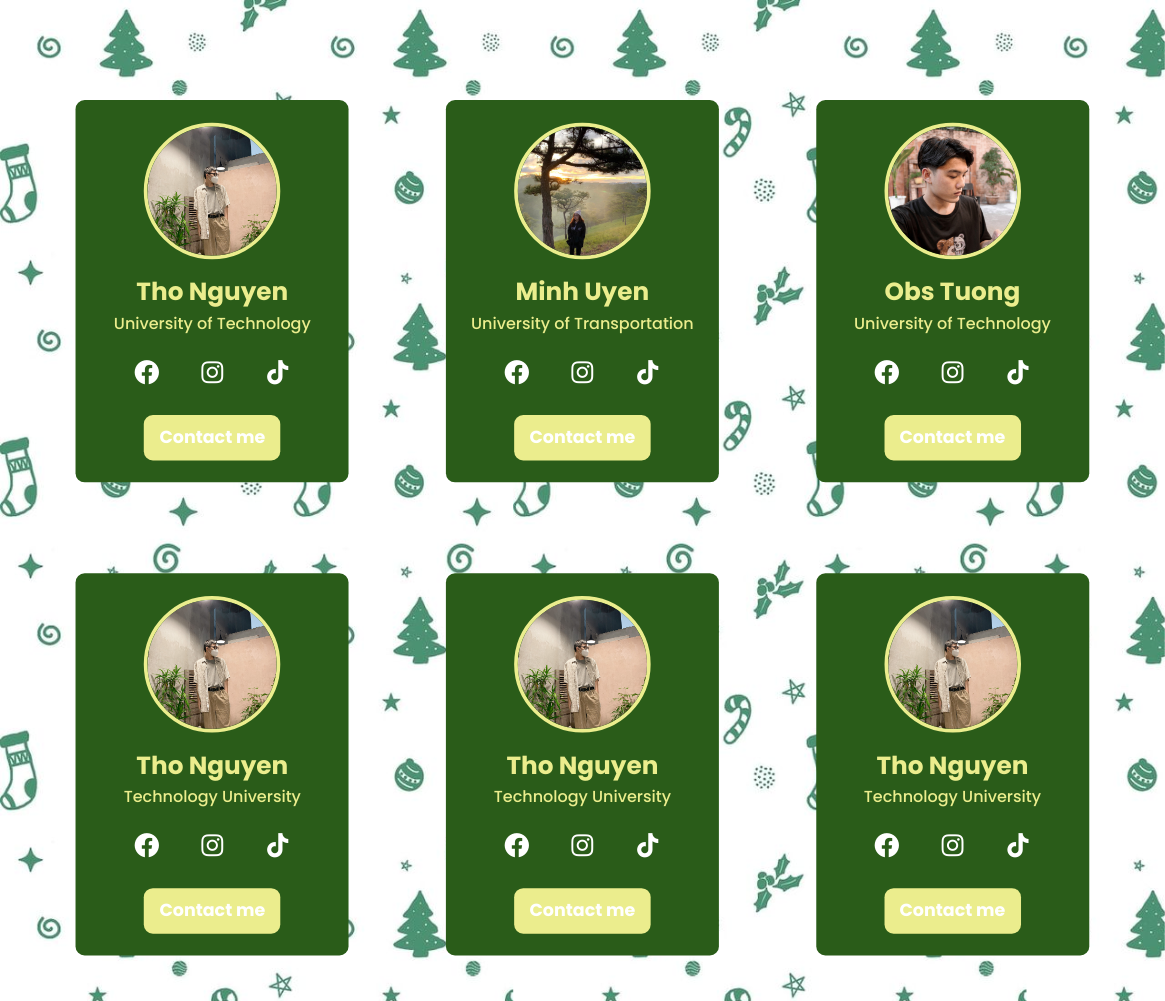
Repository: lausamtuong/profileCard
Page: index.html
The author's editor kept a copy of each file at every save. The page is drawn from the files as they stood at one save, then again after a run of saves.
The browser window is 1280 px wide. The pictures show the whole page, at 91% of full size.
The style sheet was rebuilt from its Sass, Less or Tailwind sources for each picture, by a compiler version that may differ from the author's.

Above is the page before, as saved 2021-12-14 18:44:30.

After the next 2 saves:
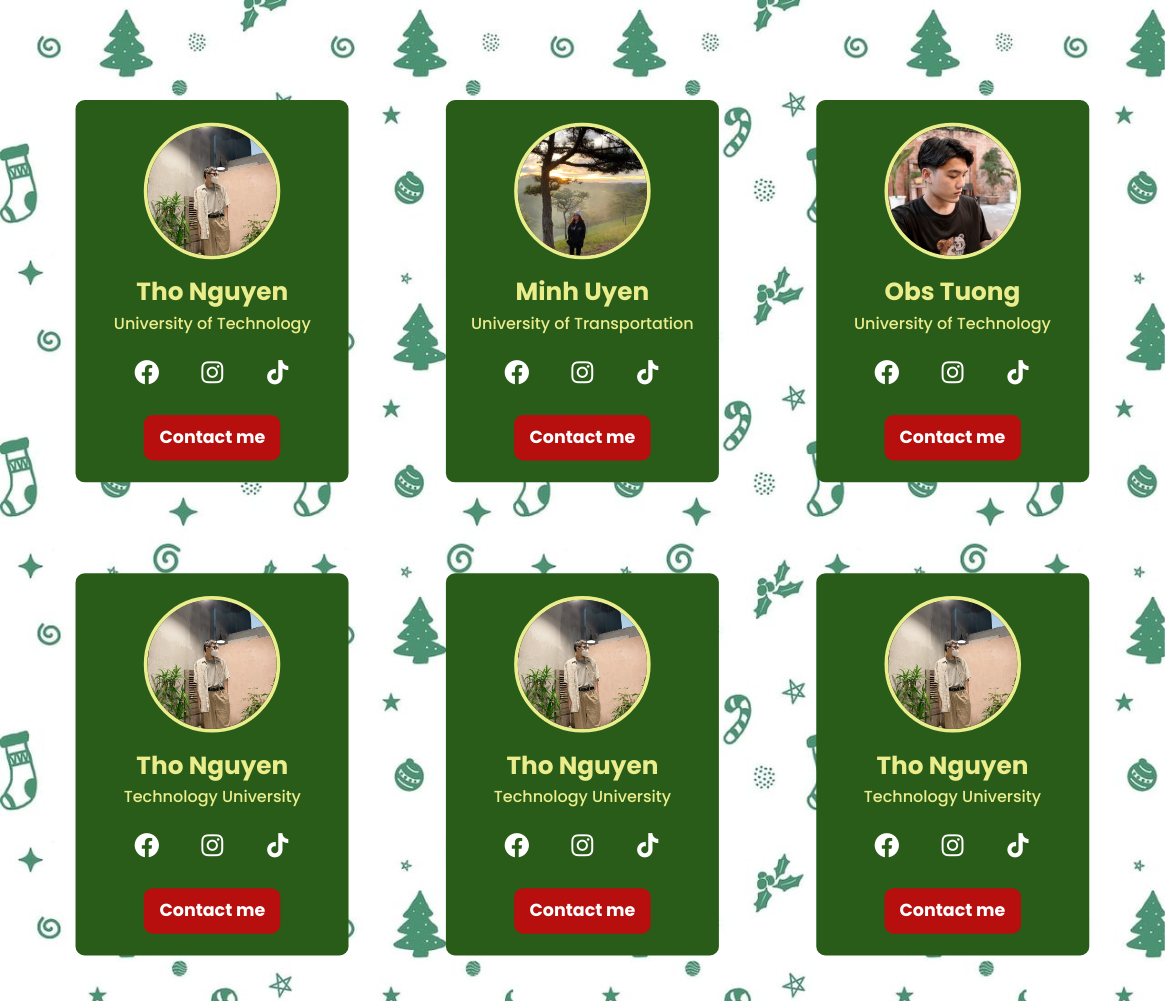
The 2 saves are shown as one change because they came seconds apart.
The last was saved 93 s later.
--- a/style.scss
+++ b/style.scss
@@ -80,7 +80,7 @@ body{
           width:150px;
           height: 50px;
 
-          background-color:var(--pink-color);
+          background-color:#b70e0e;
           border-radius: 10px;
           margin:0 auto;
           margin-top: 20px;
